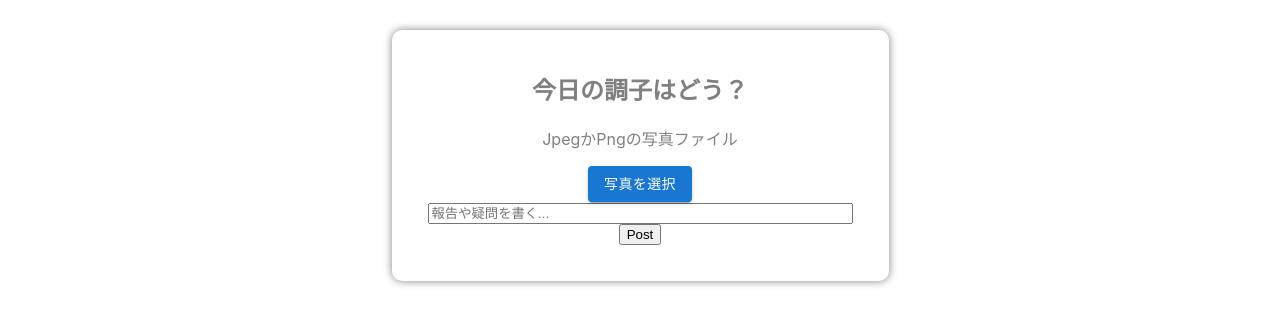
Repository: Seiya00002/seeds_surfers_react_sns
Page: /
An editor plug-in stored every save of this project. The page is shown before and after the next save, followed by the edit.
The browser window is 1280 px wide. The pictures show the whole page.
The page's requests for data from a server got no answer. The project was rebuilt for these pictures with package versions that can differ from the ones it lists, and the page was loaded fresh each time. No one was signed in, and anything a server would have sent is missing. Also part of the build but not shown: src/Post.css, src/Post.tsx.

Above is the page before, as saved 2023-08-03 07:38:44.

### src/App.tsx
import React from 'react';
import './App.css';
import { db, storage } from './firebase';
import { useEffect, useState, useRef } from "react";
import { collection, query, orderBy, getDocs, QuerySnapshot } from "firebase/firestore";
import { doc, onSnapshot } from 'firebase/firestore';
import Post from './Post';
import PostUploader from './PostUploader';

function App() {
  const [posts, setPosts] = useState<any>([]);
  // const containerRef = useRef<HTMLDivElement>(null);

  useEffect(() => {
    const q = query(collection(db, 'posts'), orderBy('timestamp', 'desc'));

    const unsubscribe = onSnapshot(q, (querySnapshot) => {
      const postsData = querySnapshot.docs.map((doc) => doc.data());
      setPosts(postsData);
    });

    return () => {
      // コンポーネントがアンマウントされる際にunsubscribeを行う
      unsubscribe();
    };
  }, []);

  // useEffect(() => {
  //   const container = containerRef.current;
  //   if(container){
  //   const scrollHeight = container.scrollHeight;
  //   const scrollTop = container.scrollTop;
  //   const offsetHeight = container.offsetHeight;

  //   container.scrollTop = scrollHeight - (scrollTop + offsetHeight);
  //   }
  // }, [posts]);

  return(
    <div className="App">
      <PostUploader />
      {posts.map((post:any) => (
        <Post key={post.timestamp} post={post} />
      ))}
    </div>
  );
}

export default App;

// 8/2 表示が不具合　・画面が上に推移し消えてしまう

### src/App.css
.App {
  text-align: center;
  display: flex;
  justify-content: center;
  align-items: center;
  width: 100%;
  /* height: 100vh; */
  flex-flow: column;
}

### src/firebase.tsx
import { initializeApp } from "firebase/app";
import { getFirestore } from "firebase/firestore";
import { getStorage } from "firebase/storage";


const firebaseConfig = {
  apiKey: "AIzaSyDRiOj3JAcuLe6c_Ms2hhsjBCCb8lLwSGU",
  authDomain: "seeds-surfers-react-sns.firebaseapp.com",
  projectId: "seeds-surfers-react-sns",
  storageBucket: "seeds-surfers-react-sns.appspot.com",
  messagingSenderId: "1087322797942",
  appId: "1:1087322797942:web:be61f4173bd538ec6e2c57"
};

const app = initializeApp(firebaseConfig);

export const storage = getStorage(app);

export const db = getFirestore(app);

// export default db;
// export default storage;

### src/PostUploader.tsx
import React, { useState}  from "react";
import ImageLogo from "./image.svg";
import "./PostUploader.css";
import { Button } from '@mui/material';
import { db, storage } from "./firebase";
import { ref, uploadBytesResumable, getDownloadURL } from "firebase/storage";
import firebase from "firebase/app";
import "firebase/firestore";
import { addDoc, collection, serverTimestamp } from "firebase/firestore";
import Post from "./Post";


function PostUploader() {
  const [loading, setLoading] = useState<boolean>(false);
  const [isUpLoaded, setUploaded] = useState<boolean>(false);
  const [text, setText] = useState<string>("");
  const [fileUrl, setFileUrl] = useState<any>("");

  const OnFileUploadToFirebase = (e:any) => {
        const file = e.target.files[0];
        const storageRef = ref(storage, 'image/' + file.name);
        const uploadImage = uploadBytesResumable(storageRef, file);

        setLoading(true);

        uploadImage.then((snapshot) => {
          setLoading(false);
          setUploaded(true);
          return getDownloadURL(snapshot.ref);
        })
        .then((url) => {
          setFileUrl(url);
        })
        .catch((error: any) => {
          setLoading(false);
          console.error("画像のアップロードに失敗しました。:", error);
        });
  };

  const onTextUploadToFirebase = () => {
    addDoc(collection(db, "posts"), {
      text:text,
      imageUrl:fileUrl,
      timestamp: serverTimestamp(),
    })
    .then(()=>{
      console.log("投稿が完了しました！");
      setText("");
      setFileUrl("");
      setUploaded(false);
    })
    .catch((error: any) => {
      console.error("エラーが発生しました。:",error);
    });
  };

  return (
    <>
      {loading ?(
        <h2>画像アップロード中・・・</h2>
      ) : (
        <>
          {isUpLoaded ? (
            <>
              <div className="outerBox">
                <h2>画像アップロード完了しました！</h2>

                <form id="post">
                  <label>
                    <input
                      type="text"
                      placeholder="報告や疑問を書く..."
                      size={50}
                      maxLength={500}
                      value={text}
                      onChange={e => setText(e.target.value)}
                    />
                  </label>
                  </form>
                  <input
                    type="button"
                    form="post"
                    value="Post"
                    onClick={onTextUploadToFirebase}
                  />
              </div>
            </>
            ) : (
              <div className="outerBox">
                <div className="title">
                  <h2>今日の調子はどう？</h2>
                  <p>JpegかPngの写真ファイル</p>
                </div>
                {/* <div className="imageUplodeBox">
                  <div className="imageLogoAndText">
                    <img src={ImageLogo} alt="imagelogo" />
                    <p>ここにドラッグ＆ドロップしてね</p>
                  </div>
                  <input
                  className="imageUploadInput"
                  multiple name="imageURL"
                  type="file"
                  accept=".png, .jpeg, .jpg"
                  onChange={OnFileUploadToFirebase}
                  />
                </div> */}
                {/* <p>または</p> */}
                <Button variant="contained">
                  写真を選択
                  <input
                  className="imageUploadInput"
                  type="file"
                  accept=".png, .jpeg, .jpg"
                  onChange={OnFileUploadToFirebase}
                  />
                </Button>
                <form id="post">
                  <label>
                    <input
                      type="text"
                      placeholder="報告や疑問を書く..."
                      className="textPost"
                      size={50}
                      maxLength={500}
                      value={text}
                      onChange={e => setText(e.target.value)}
                    />
                  </label>
                  </form>
                  <input
                    type="button"
                    className="textUploadInput"
                    form="post"
                    value="Post"
                    onClick={onTextUploadToFirebase}
                  />
              </div>
            )
          }
        </>
      )}
    </>
  );
};

export default PostUploader;

### src/PostUploader.css
.outerBox {
    margin: 30px 0;
    display: flex;
    flex-direction: column;
    align-items: center;
    justify-content: center;
    text-align: center;
    border: none;
    padding: 36px;
    border-radius: 10px;
    box-shadow: 0px 0px 8px gray;
    color: gray;
  }

  .outerBox h2 {
    font-weight: 600;
    margin-top: 5px;
  }

  .imageUplodeBox {
    border: 2px dashed #2d6395;
    padding: 35px 60px;
    position: relative;
  }

  .imageLogoAndText p {
    margin-bottom: 0px;
  }

  .imageUploadInput {
    opacity: 0;
    position: absolute;
    top: 0;
    left: 0;
    width: 100%;
    height: 100%;
    cursor: pointer;
  }

Loaded but not shown: public/index.html (common file); src/index.tsx (common file); src/index.css (common file); src/reportWebVitals.ts (common file)

After the next save:
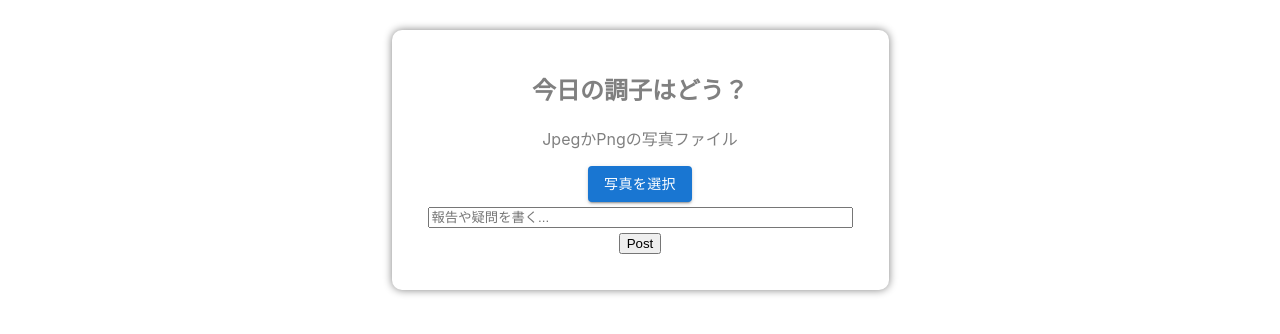
Saved 3 min 57 s later.
--- a/src/PostUploader.css
+++ b/src/PostUploader.css
@@ -36,3 +36,11 @@
     height: 100%;
     cursor: pointer;
   }
+
+  .textPost {
+    margin: 5px 0;
+  }
+
+  .testUploadInput {
+
+  }
